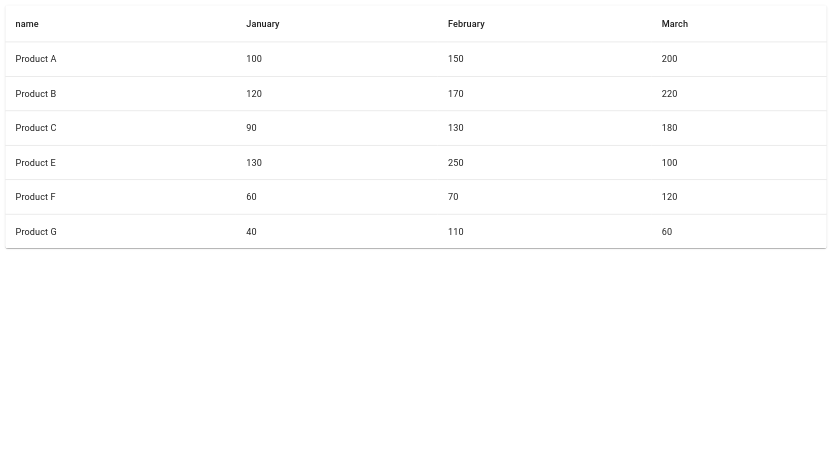
Repository: sagarjain738/test
Page: /
These files come from the project's save history. The page is drawn as it stood at one moment and after the next save; the edit follows.
The browser window is 1280 px wide. The pictures show the whole page, at 65% of full size.
The project was rebuilt for these pictures with package versions that can differ from the ones it lists, and the page was loaded fresh each time. Also part of the build but not shown: vite.config.js, src/App.css, src/index.css.

Above is the page before, as saved 2024-01-20 23:38:06.

After the next save:
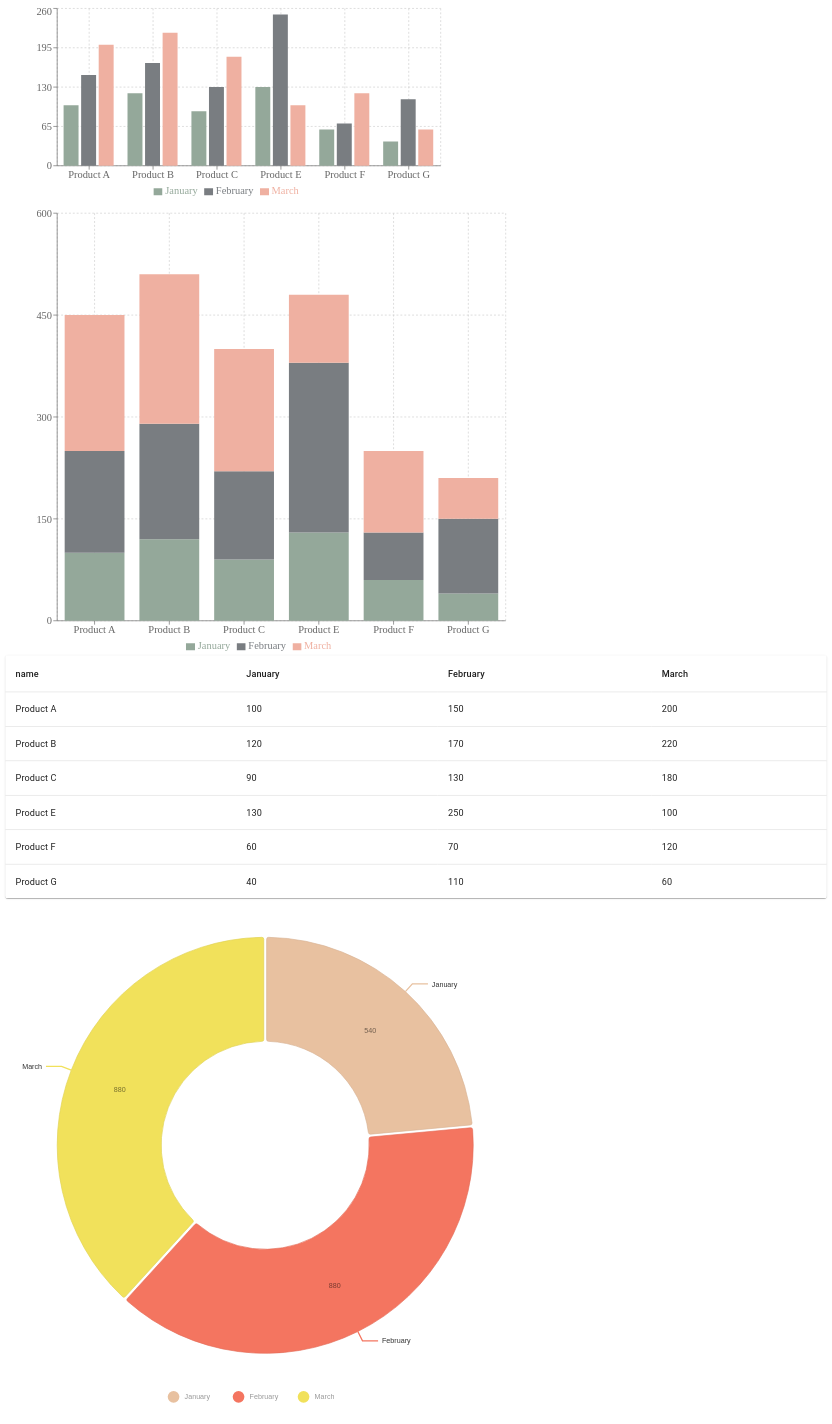
Saved 8 s later.
--- a/src/App.jsx
+++ b/src/App.jsx
@@ -11,10 +11,10 @@ function App() {
   const monthNames = getMonths();
   return (
     <>
-      {/* <FirstChart records={firstRecord} monthNames={monthNames.slice(1)} />
-      <SecondChart records={firstRecord} monthNames={monthNames.slice(1)} /> */}
+      <FirstChart records={firstRecord} monthNames={monthNames.slice(1)} />
+      <SecondChart records={firstRecord} monthNames={monthNames.slice(1)} />
       <BasicTable records={firstRecord} monthNames={monthNames} />
-      {/* <TotalPieChart records={total} monthNames={monthNames} /> */}
+      <TotalPieChart records={total} monthNames={monthNames} />
     </>
   );
 }
